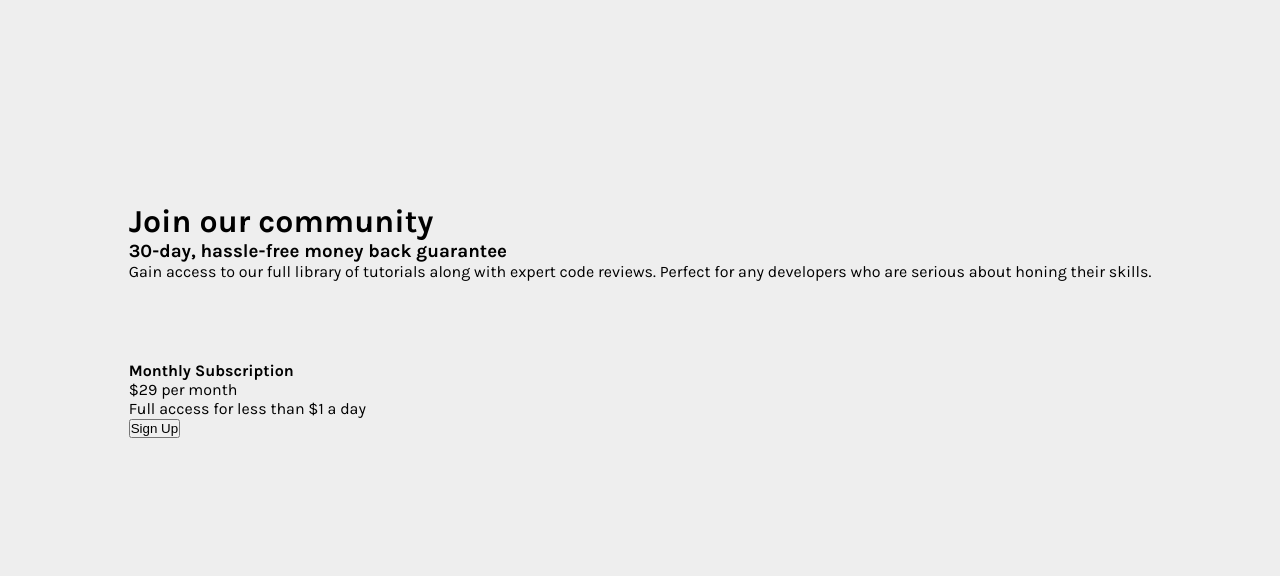
Repository: Akashiii1/WebSingleGrid_Day3
Page: index.html
These files come from the project's save history. The page is drawn as it stood at one moment and after the next save; the edit follows.
The browser window is 1280 px wide. The pictures show the whole page.

Above is the page before, as saved 2021-12-22 00:56:22.

### index.html
<!DOCTYPE html>
<html lang="en">
<head>
  <meta charset="UTF-8">
  <meta name="viewport" content="width=device-width, initial-scale=1.0"> <!-- displays site properly based on user's device -->

  <link rel="icon" type="image/png" sizes="32x32" href="./images/favicon-32x32.png">

  <title>Frontend Mentor | Single Price Grid Component</title>

  <!-- Feel free to remove these styles or customise in your own stylesheet 👍 -->
  <link rel="stylesheet" href="style.css">
  <style>
    .attribution { font-size: 11px; text-align: center; }
    .attribution a { color: hsl(228, 45%, 44%); }
  </style>
</head>
<body>
  <!-- Join our community

  30-day, hassle-free money back guarantee

  Gain access to our full library of tutorials along with expert code reviews.
  Perfect for any developers who are serious about honing their skills.

  Monthly Subscription

  &dollar;29 per month

  Full access for less than &dollar;1 a day

  Sign Up

  Why Us

  Tutorials by industry experts
  Peer &amp; expert code review
  Coding exercises
  Access to our GitHub repos
  Community forum
  Flashcard decks
  New videos every week -->
  <div class="wrapper">
    <div class="container">
      <div class="box">
        <h1>Join our community</h1>
        <h3>30-day, hassle-free money back guarantee</h3>
        <p>Gain access to our full library of tutorials along with expert code reviews.
          Perfect for any developers who are serious about honing their skills.</p>
      </div>
      <div class="box">
        <h4> Monthly Subscription</h4>
        <span>&dollar;29 per month</span>
        <p>Full access for less than &dollar;1 a day</p>
        <button class="btn">Sign Up</button>
      </div>
      <div class="box"></div>
    </div>
  </div>
  <!-- <footer>
    <p class="attribution">
      Challenge by <a href="https://www.frontendmentor.io?ref=challenge" target="_blank">Frontend Mentor</a>.
      Coded by <a href="#">Your Name Here</a>.
    </p>
  </footer> -->
</body>
</html>

### style.css

@import url('https://fonts.googleapis.com/css2?family=Karla:wght@400;700&display=swap');
:root{
  --Cyan: hsl(179, 62%, 43%);
 --BrightYellow: hsl(71, 73%, 54%);
 --LightGray: hsl(204, 43%, 93%);
 --GrayishBlue: hsl(218, 22%, 67%);
}
html {
box-sizing: border-box;
}
*{
margin: 0;
padding: 0;
}
*,*:before,*:after {
box-sizing: border-box;
}
input,
textarea,
select,
button{
outline: none;
}
input{
line-height: normal;
}
label,
button{
cursor: pointer;
}
a {
text-decoration: none;
}
img {
display: block;
max-width: 100%;
}
body{
  font-family: 'Karla', sans-serif;
  display: flex;
  justify-content: center;
  align-items: center;
  min-height: 100vh;
  background-color: #eee;
}
.box{
  padding: 40px;
}

After the next save:
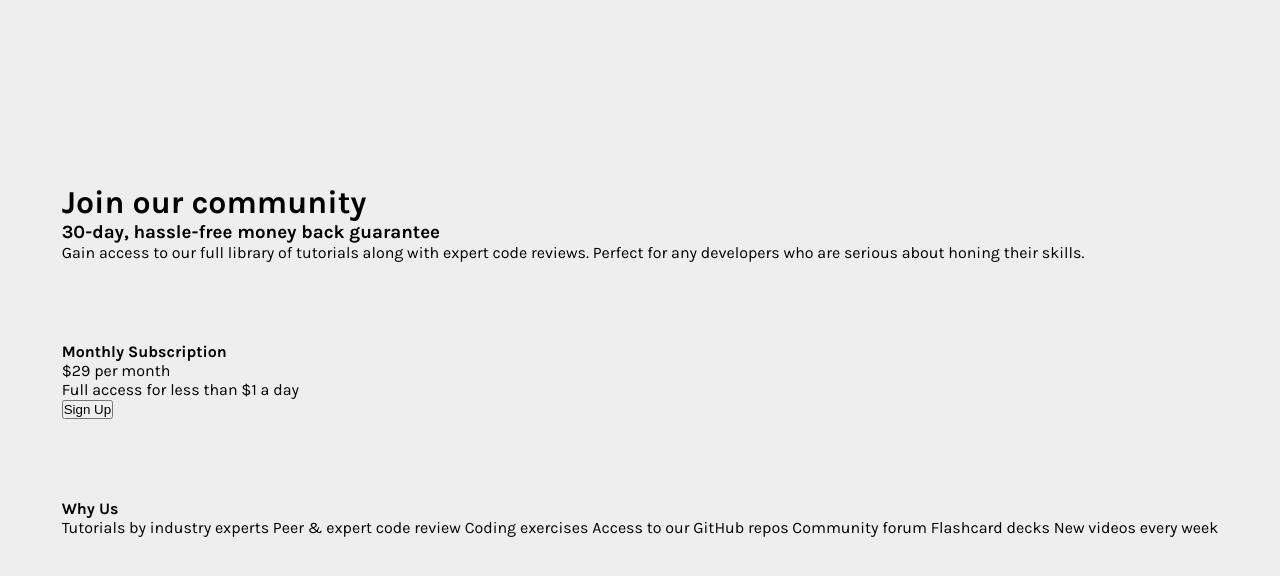
Saved 27 s later.
--- a/index.html
+++ b/index.html
@@ -54,7 +54,16 @@
         <p>Full access for less than &dollar;1 a day</p>
         <button class="btn">Sign Up</button>
       </div>
-      <div class="box"></div>
+      <div class="box">
+        <h4>Why Us</h4>
+        <p> Tutorials by industry experts
+          Peer &amp; expert code review
+          Coding exercises
+          Access to our GitHub repos
+          Community forum
+          Flashcard decks
+          New videos every week</p>
+      </div>
     </div>
   </div>
   <!-- <footer>
